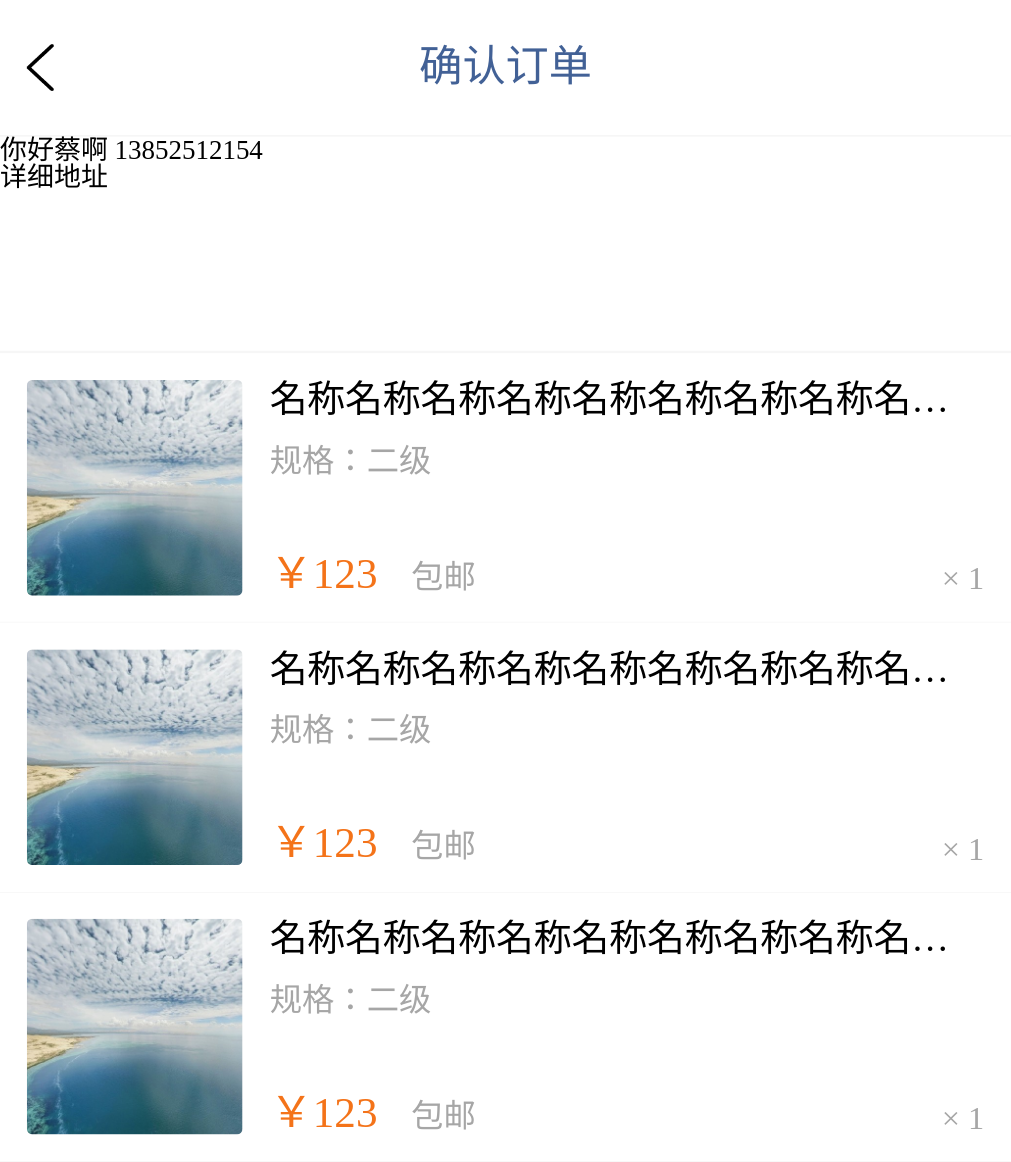
Repository: 421538074/sell
Page: consumer/confirm-order.html
These files come from the project's save history. The page is drawn as it stood at one moment and after the next save; the edit follows.
The browser window is 1280 px wide. The pictures show the whole page, at 79% of full size.

Above is the page before, as saved 2019-05-31 15:54:28.

### consumer/confirm-order.html
<!DOCTYPE html>
<html lang="en">

<head>
    <meta charset="UTF-8">
    <meta name="viewport" content="width=device-width, initial-scale=1.0">
    <meta http-equiv="X-UA-Compatible" content="ie=edge">
    <title>确认订单</title>
    <link rel="stylesheet" href="../css/base.css">
    <link rel="stylesheet" href="css/common.css">
    <link rel="stylesheet" href="css/confirm-order.css">
</head>

<body>
    <div id="app" class="content">
        <nav @click="back" class="nav-bar-wrapper">
            <img src="../img/back.png" class="back-icon">
            <p class="nav-bar-title">确认订单</p>
        </nav>
        <div class="order-user-info">
            <p class="user-contact">
                你好蔡啊 13852512154
            </p>
            <p class="address-detail">
                详细地址
            </p>
        </div>
        <ul class="order-goods-list-wrapper">
            <li v-for="n in 3" class="order-item">
                <img src="../img/1.jpg" class="goods-icon">
                <div class="goods-detail">
                    <p class="goods-title ellipsis">名称名称名称名称名称名称名称名称名称名称名称名称名称名称名称名称</p>
                    <p class="goods-category">规格：二级</p>
                    <p class="goods-price-num">
                        <span class="price">￥123</span>
                        <span class="post">包邮</span>
                        <span class="num">× 1</span>
                    </p>
                </div>
            </li>
        </ul>
    </div>
    <script src="../js/api.js"></script>
    <script src="../js/jquery.min.js"></script>
    <script src="../js/vue.js"></script>
    <script src="js/vue-mixin.js"></script>
    <script src="js/confirm-order.js"></script>
</body>

</html>

### css/base.css
/* http://meyerweb.com/eric/tools/css/reset/
   v2.0 | 20110126
   License: none (public domain)
*/

html,
body,
div,
span,
applet,
object,
iframe,
h1,
h2,
h3,
h4,
h5,
h6,
p,
blockquote,
pre,
a,
abbr,
acronym,
address,
big,
cite,
code,
del,
dfn,
em,
img,
ins,
kbd,
q,
s,
samp,
small,
strike,
strong,
sub,
sup,
tt,
var,
b,
u,
i,
center,
dl,
dt,
dd,
ol,
ul,
li,
fieldset,
form,
label,
legend,
table,
caption,
tbody,
tfoot,
thead,
tr,
th,
td,
article,
aside,
canvas,
details,
embed,
figure,
figcaption,
footer,
header,
hgroup,
menu,
nav,
output,
ruby,
section,
summary,
time,
mark,
audio,
video {
    margin: 0;
    padding: 0;
    border: 0;
    font-size: 100%;
    font: inherit;
    vertical-align: baseline;
}

/* HTML5 display-role reset for older browsers */
article,
aside,
details,
figcaption,
figure,
footer,
header,
hgroup,
menu,
nav,
section {
    display: block;
}

body {
    line-height: 1;
}

ol,
ul {
    list-style: none;
}

blockquote,
q {
    quotes: none;
}

blockquote:before,
blockquote:after,
q:before,
q:after {
    content: '';
    content: none;
}

table {
    border-collapse: collapse;
    border-spacing: 0;
}


body,
html {
    font-size: calc(100vw / 37.5) !important;
    font-family: PingFangSC-Medium;
    background: #F2F2F2;
}


[v-cloak] {
    display: none;
}


hr {
    margin: 0;
    padding: 0;
}

.clearfix {
    zoom: 1;
}

.clearfix:after {
    content: ".";
    display: block;
    visibility: hidden;
    height: 0;
    clear: both;
}

[v-cloak] {
    display: none;
}

### consumer/css/common.css
*{
    box-sizing: border-box;
}
html,body{
    background: #f6f6f6;
}
html,body,div.content{
    height: 100%;
}
/*底部菜单栏*/
nav.tool-bar-wrapper {
    height: 5rem;
    background: #ffffff;
    display: flex;
    align-items: center;
    justify-content: space-around;
}
a.nav-item {
    color: #888888;
    text-decoration: none;
    font-size: 1.5rem;
    display: flex;
    flex-direction: column;
    align-items: center;
    justify-content: space-around;
    height: 90%;
}
a.nav-item.active{
    color: #0093FF;
}
img.nav-item-icon{
    width: 1.5rem;
    height: 1.5rem;
}
.ellipsis{
    overflow: hidden;
    white-space: nowrap;
    text-overflow: ellipsis;
}
/*顶部返回栏 */
nav.nav-bar-wrapper {
    background: #FFFFFF;
    height: 5rem;
    display: flex;
    align-items: center;
    justify-content: space-around;
    position: fixed;
    width: 100%;
    top: 0;
    z-index: 2;
    font-size: 1.6rem;
    color: #426196;
}
img.back-icon {
    position: absolute;
    width: 1rem;
    left: 1rem;
}

### consumer/css/confirm-order.css
div.content{
    padding-top: 5rem;
}
.order-user-info {
    height: 8rem;
    background: #FFFFFF;
    border-top: 2px solid #f6f6f6;
}
ul.order-goods-list-wrapper {
    margin-top: 0.1rem;
    background: #FFFFFF;
}
img.goods-icon {
    width: 8rem;
    height: 8rem;
    border-radius: 0.2rem;
}
li.order-item {
    height: 10rem;
    display: flex;
    align-items: center;
    padding: 1rem;
    border-bottom: 1px solid #f6f6f6;
}
.goods-detail {
    height: 100%;
    flex: 1;
    width: calc(100% - 8rem);
    padding-left: 1rem;
    position: relative;
}
p.goods-title {
    color: #000000;
    font-size: 1.4rem;
    margin-bottom: 1rem;
}
p.goods-category {
    color: #A6A6A6;
    font-size: 1.2rem;
    margin-bottom: 1rem;
}
p.goods-price-num {
    position: absolute;
    bottom: 0;
    left: 1rem;
    width: calc(100% - 1rem);
}
span.price {
    color: #F47319;
    font-size: 1.6rem;
}
span.post {
    color: #A6A6A6;
    font-size: 1.2rem;
    margin-left: 1rem;
}
span.num {
    position: absolute;
    color: #A6A6A6;
    font-size: 1.2rem;
    bottom: 0;
    right: 0;
}

### js/api.js
function getUrlKey(name) {
    return decodeURIComponent((new RegExp('[?|&]' + name + '=' + '([^&;]+?)(&|#|;|$)').exec(location.href) || [, ""])[1].replace(/\+/g, '%20')) || null;
}


// window.warn = {
//     alert: function alert(msg) {
//         var template = `
// `
//         $('body').append(template);
//         $('.alert-body').animate({
//             top: "40px"
//         }, 200);
//         // setTimeout(function () {
//         //     warn.close();
//         // }, 1500);
//     },
//     close: function close() {
//         $('.alert-body').animate({
//             top: "-280px"
//         }, 200);
//         setTimeout(function () {
//             $('#alert-msg').remove();
//         }, 200);
//     }
// };

### consumer/js/vue-mixin.js
Vue.mixin({
    methods: {
        /**
         * 返回
         */
        back() {
            history.go(-1);
        },
        /**
         * 限制长度
         * @param {String} 要限制长度的字段
         * @param {Number} 长度
         */
        limitLength(key, length) {
            this[key] = this[key].substring(0, length);
        },
        /**
         * 验证11位手机号
         * @param {Number} phone
         */
        validatePhone(phone) {
            const phoneReg = /^[1-9][0-9]{9}[0-9]$/;
            return phoneReg.test(phone);
        },
        /**
         * 发送手机验证码
         * @param {Number} waitTimeKey 等待时间键名
         * @param {String} tipsKey 发送验证码显示的信息的键名
         * @param {String} phoneKey 手机号键名
         * @param {String} reSendMsg  按钮默认显示的文字
         */
        sendCode(waitTimeKey, tipsKey, phoneKey, defaultMsg) {
            if (!this.validatePhone(this[phoneKey])) {
                alert('无效手机号!');
                return;
            }
            if (this[waitTimeKey] == 60) {
                $.post('', {
                        phone: this[phoneKey]
                    }, (res) => {
                        if (res.status == 1) {
                            const interval = setInterval(() => {
                                if (this[waitTimeKey] == 1) {
                                    this[waitTimeKey] = 60;
                                    this[tipsKey] = defaultMsg;
                                    clearInterval(interval);
                                    return;
                                }
                                this[waitTimeKey] -= 1;
                                this[tipsKey] = `${this[waitTimeKey]}s`;
                            }, 1000);
                        } else {
                            alert('发送失败!');
                        }
                    }, 'json')
                    .fail(err => {
                        alert('服务器异常!');
                    });
            }
        },
        /**
         * 链接跳转
         * @param {String} url
         */
        linkTo(url) {
            window.location.href = url;
        }
    },
    filters: {

    }
})

### consumer/js/confirm-order.js
new Vue({
    el:'#app'
});

Loaded but not shown: js/jquery.min.js (library); js/vue.js (library)

After the next save:
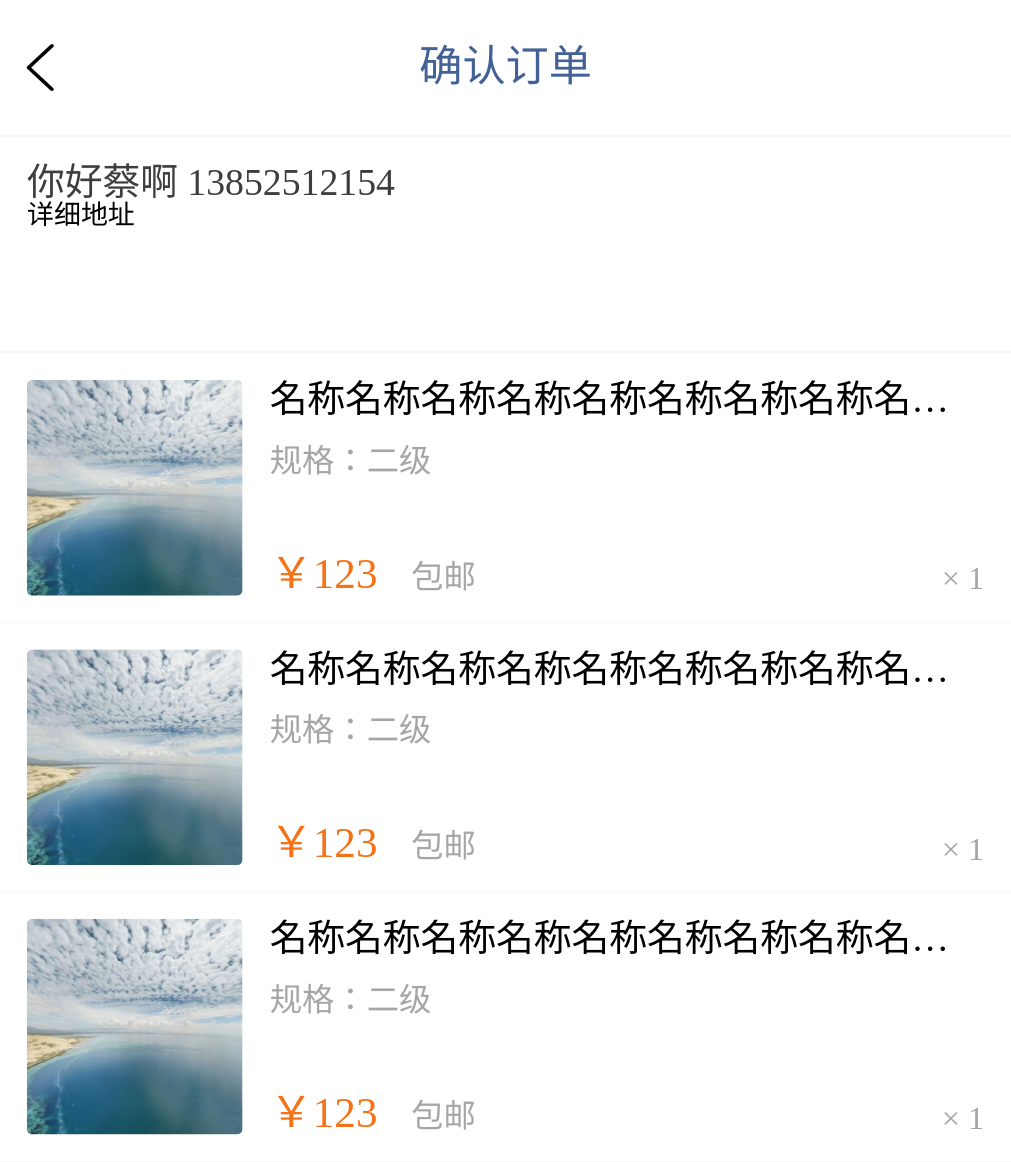
Saved 41 s later.
--- a/consumer/css/confirm-order.css
+++ b/consumer/css/confirm-order.css
@@ -5,6 +5,11 @@ div.content{
     height: 8rem;
     background: #FFFFFF;
     border-top: 2px solid #f6f6f6;
+    padding: 1rem;
+}
+p.user-contact {
+    color: #3E3E3E;
+    font-size: 1.4rem;
 }
 ul.order-goods-list-wrapper {
     margin-top: 0.1rem;
